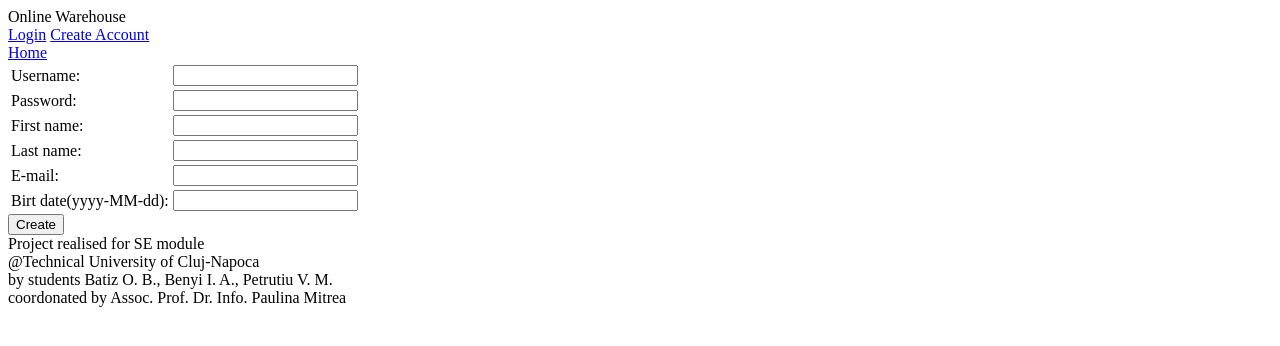
Repository: orsi-batiz/SEwithJSP
Page: http://localhost/OnlineWarehouse/createAccount.jsp
These files come from the project's save history. The page is drawn as it stood at one moment and after a run of saves; the edit follows.
The browser window is 1280 px wide. The pictures show the whole page.
The page is served by Tomcat 9.

Above is the page before, as saved 2019-01-16 15:11:31.

After the next 2 saves:
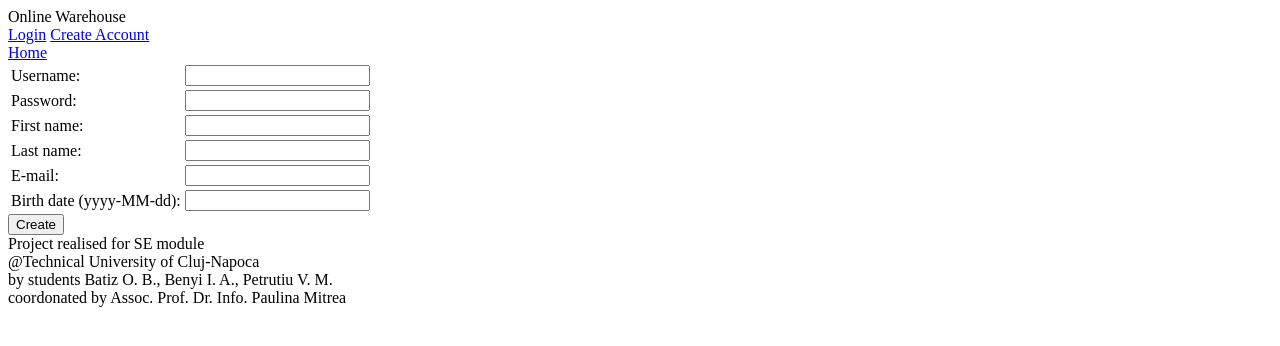
The 2 saves are shown as one change because they came seconds apart.
The last was saved 2 min 21 s later.
--- a/OnlineWarehouse/OnlineWarehouse/WebContent/createAccount.jsp
+++ b/OnlineWarehouse/OnlineWarehouse/WebContent/createAccount.jsp
@@ -33,7 +33,7 @@
 					<td><input type="text" name="email" /></td>
 				</tr>
 				<tr>
-					<td>Birt date(yyyy-MM-dd): </td>
+					<td>Birth date (yyyy-MM-dd): </td>
 					<td><input type="text" name="birthDate" /></td>
 				</tr>
 				</table>
